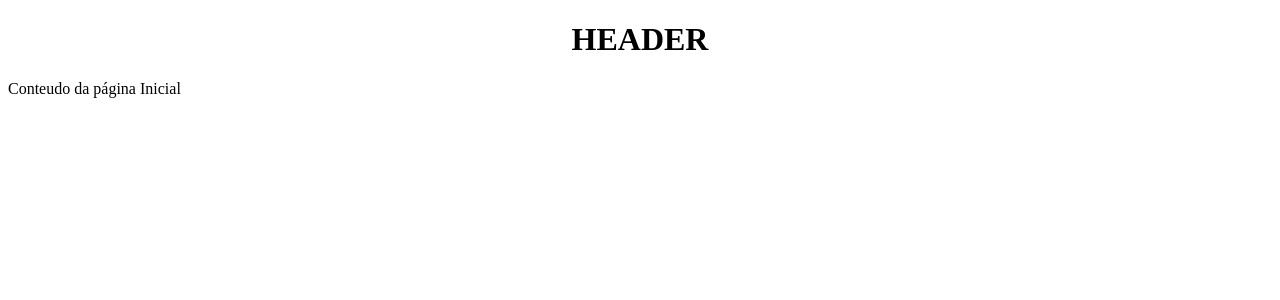
Repository: 740fernando/projeto-java-web-com-servlets-jsps
Page: http://localhost/JavaWeb/conteudo.jsp
These files come from the project's save history. The page is drawn as it stood at one moment and after the next save; the edit follows.
The browser window is 1280 px wide. The pictures show the whole page.
The page is served by Tomcat 9.

Above is the page before, as saved 2021-12-02 00:57:24.

After the next save:
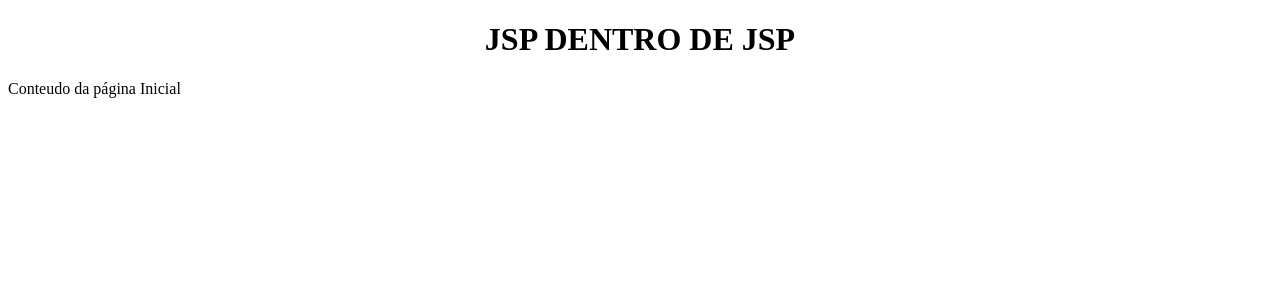
Saved 2 min 6 s later.
--- a/JavaWeb/WebContent/header.jsp
+++ b/JavaWeb/WebContent/header.jsp
@@ -1,3 +1,3 @@
 <CENTER>
- 	<H1>HEADER</H1>
+ 	<H1>JSP DENTRO DE JSP</H1>
 </CENTER>
